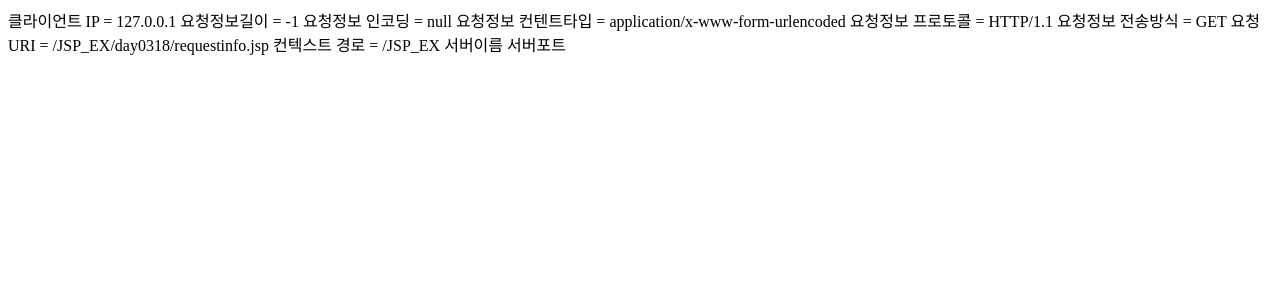
Repository: jjanggu1990/kh_java
Page: http://localhost/JSP_EX/day0318/requestinfo.jsp
These files come from the project's save history. The page is drawn as it stood at one moment and after the next save; the edit follows.
The browser window is 1280 px wide. The pictures show the whole page.
The page is served by Tomcat 9.

Above is the page before, as saved 2016-03-18 09:10:25.

After the next save:
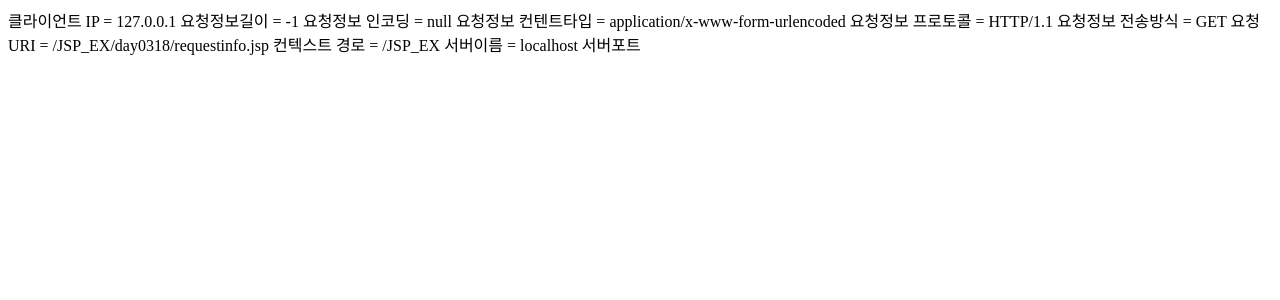
Saved 10 s later.
--- a/workspace/JSP_EX/WebContent/day0318/requestinfo.jsp
+++ b/workspace/JSP_EX/WebContent/day0318/requestinfo.jsp
@@ -14,7 +14,7 @@
 요청정보 전송방식 = <%= request.getMethod() %>
 요청URI = <%= request.getRequestURI() %>
 컨텍스트 경로 = <%= request.getContextPath() %>
-서버이름
+서버이름 = <%= request.getServerName() %>
 서버포트
 </body>
 </html>
